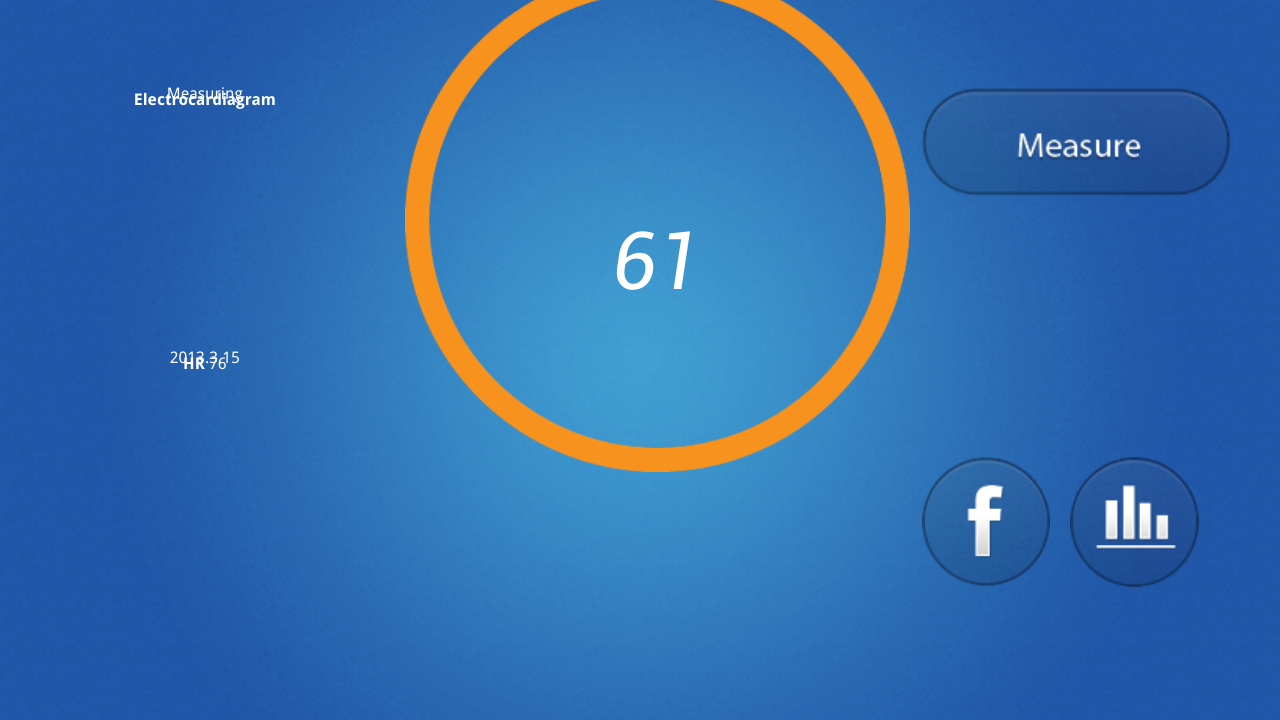
Repository: chouwill79131/IEcontest
Page: BluetoothChat/assets/complete.html
The author's editor kept a copy of each file at every save. The page is drawn from the files as they stood at one save, then again after the next save.
The browser window is 1280 px wide. The pictures show the whole page.

Above is the page before, as saved 2013-03-08 18:28:14.
Console error: TypeError: Cannot set properties of null (setting 'innerHTML')

### BluetoothChat/assets/complete.html
<html>
  <head>
    <meta http-equiv="Content-Type" content="text/html; charset=utf-8"/>
    <link href="complete.css" rel="stylesheet"/>
    <script src="jquery.js"></script>
    <script src="highcharts.js"></script>
    <script src="delay.js"></script>
    <script src="main.js"></script>
  </head>
  <body>
    <div id="main" >
    	<div class="left">
			<div class="text">
				<div class="word">Electrocardiagram</div><br />
				<div class="subword">Measuring</div><br />

				<div class="hr">HR <span id="hr">76</span></div><br />
				<div class="date">2013.3.15</div>
			</div>

		</div>

		<div class="mid">
			<div class="score">61</div>
			<img class="circle" src="button/circle.png" />
		</div>

		<div class="right">
			<button class="measure"><img src="button/Measure.png" /></button><br />
			<button class="share" ><img src="button/Share.png" /></button>
			<button class="record"><img src="button/Record.png" /></button>
		</div>




	</div>
  </body>
</html>

### BluetoothChat/assets/complete.css
@font-face {
    font-family: droidsans;
    src: url(fonts/droidsans.ttf);
}

@font-face {
    font-family: DroidSans-Bold;
    src: url(fonts/DroidSans-Bold.ttf);
}

@font-face {
    font-family: DroidSans-Italic;
    src: url(fonts/DroidSans-Italic.ttf);
}


body { margin:0; padding:0;}
#main { width: auto; height: 100%; background-image: url(button/background.png); background-size: 100% 100%; }
.left, .mid, .right {float: left; height: 100%; }


.left {  width: 28%; padding-left:2%;}
.text, .hr , .date{ text-align: center; color:white;}
.word { margin-top: 25%;  font-family: DroidSans-Bold ; }
.subword, .date { margin-top:-12%; font-family: droidsans ;}
.hr {  margin-top: 65%;  font-family: DroidSans-Bold ;}
.date { font-family: droidsans ;}
#hr { font-family: droidsans ;}

.mid { width: 41%; }
.circle { width: auto; height:70%; margin-left: 4%; }
.score { color:white ; z-index: 1; text-align:center; margin-top:41% ; margin-left:4% ;font-family: DroidSans-Italic ;font-size: 60pt;}
.circle { margin-left:4% ; margin-top: -65%; z-index: 2; }

.right { width: 29%; }
.right button { float: left; border: none; background: transparent; }
.measure img {margin-top: 10%; width: auto;  height:15%; }
.share img, .record img { width: auto;  height:18%; }
.measure { margin-left: 2%; margin-top: 15%; }
.share, .record { background: red;margin-top: 70%; margin-left: 2%; }


<!--
border? font? .record_top
-->

### BluetoothChat/assets/delay.js

$(function(){
setTimeout(function(){
$.getScript("dy_chart.js");
},200)
})

### BluetoothChat/assets/main.js
var chart;
var step = 0.01;	//step0.008每秒125點	//0.005極限
var xstart = step;
var hr = "--";
var score = "--";
var index;
$(document).ready(function ready() {

    var s = "";
    var theDate = new Date();
    s += theDate.getYear()+1900 + ".";                //  年
    s += (theDate.getMonth() + 1) + ".";				// 月
    s += theDate.getDate(); 							// 日
    document.getElementById("date").innerHTML = s;
    index = document.getElementById("main").innerHTML; //保留首頁

    $(".measure").live("click", function() {
      measure();
    }); //click .measure


}); //(document).ready

function shared(){
	view1 = document.getElementById("rhythm").innerHTML;
	document.getElementById("rhythm").innerHTML = view1+'<img class="stop" src="button/complete.png" style="width:100%; margin-top: -50% ;z-index:5;position: relative;" />';
	$("#main").live("click", function() {
      document.getElementById("rhythm").innerHTML = view1;
    });
}

function complete(hr1,score1){
  hr = hr1;
  score = score1;
  view = document.getElementById("dy_chart").innerHTML;
  document.getElementById("dy_chart").innerHTML = view+'<img class="stop" src="button/Completed.png" style="width:50%; margin: -20% 0% 0% 25%; z-index:2;position: relative;" />';
  $(".stop").html('<img src="button/Continue.png" />');
}

function addSomething(a) {
  for (var i in a){
    chart.series[0].addPoint([xstart,a[i]],false,true);
    xstart += step;
  }
  chart.redraw();
}

function history(history){
	view2 = document.getElementById("main").innerHTML;
    $("#main").html(
    '<div class="main1">'+
	'<div class="contain">'+
	'<div id="dy_chart" style="z-index:1;position: relative;"></div>'+
	'</div>'+
	'<div id="foot">'+
	'<button class="stop">'+
	'<img src="button/Back.png" />'+
	'</button>'+
	'</div>'+
    '</div>'
    );

    Highcharts.setOptions({
      global: {
	useUTC: true
      }
    });

    hischart = new Highcharts.Chart({
      chart: {
		renderTo: 'dy_chart',
		backgroundColor: 'transparent',
		type: 'line',
      },
      title: {
		style:{ color: '#FFFFFF'},
		text: 'Measure history',
      },
      credits: {			// highchart.com
		enabled:false
      },
      legend: {  			// 線的標示
        enabled: false
      },
      xAxis: {
      	type: 'datetime',
		dateTimeLabelFormats: { // don't display the dummy year
	  		month: '%e. %b',
	  		year: '%b'
		},
		lineColor: '#FFFFFF',
		labels: {
	  		style: {
				color: '#FFFFFF',
			}
		}
	  },
	  yAxis: {
	    title: {text: 'Feeling',
	    			style: {
						color: '#FFFFFF',
					}
				},
	  	gridLineColor: '#FFFFFF',
	  	labels: {
	  		style: {
				color: '#FFFFFF',
			}
		}
	  },
	  plotOptions: {
                line: {
                    dataLabels: {
                        enabled: true,
                        color: '#FFFFFF',
                    },
                    enableMouseTracking: true,
                }
      },
	series: [{
	  name: 'measure history',
	  color: '#FFFFFF',
	  data: history
	}],
    });

    $(".stop").live("click", function(){
 //     hr = "--";
      $(".main1").html(view2);
 //     document.getElementById("hr").innerHTML = hr;
    });
};// .record click

function measure(){
	xstart = 0.01;
	$("#main").html('<div class="main1">'+
		'<div class="contain">'+
		'<div id="dy_chart" style="z-index:1;position: relative;"></div>'+
		'</div>'+
		'<div id="foot">'+
		'<button class="stop" onclick="window.MyHandler.disconnect()">'+
		'<img src="button/Stop.png" />'+
		'</button>'+
		'</div>'+
      	'</div>');
    Highcharts.setOptions({
      global: {useUTC: true }
    });
    chart = new Highcharts.Chart({
      chart: {
		renderTo: 'dy_chart',
		backgroundColor: 'transparent',
		type: 'spline',
		marginRight: 10,
      },
      credits: {enabled:false},
      title: {
		style:{ color: '#FFFFFF'},
		text: 'Electrondiagram',
      },
      xAxis: {
		type: 'x Axis',
		style:{ color: '#FFFFFF'},
		tickPixelInterval: 100,
		lineColor: '#FFFFFF',
		labels: {style: {color: '#FFFFFF'}},
      },
      yAxis: {
      	title: {
      		text: 'Score',
      		style: {color: '#FFFFFF'}},
	  		gridLineColor: '#FFFFFF',
	  		labels: {style: {color: '#FFFFFF'}},
			//max:1500,
			//min:0,
			title: {
	  			style:{ color: '#FFFFFF'},
	  			text: 'PPG'
	  		},
			plotLines: [{value: 0,width: 1}]
      	},
      	legend: {enabled: false},
      	exporting: {enabled: false},
      	plotOptions: {
			spline: {
	  			lineWidth: 1,
	  			states: {
	    			hover: {
	      				enabled: false,
	      				lineWidth: 2
	    			}
	  			},
	  		marker: {
	    		enabled: false,
	    		states: {
	      			hover: {
						enabled: false,
	      			}
	    		}
	  		},
		}
      }, // yAxis
      series: [{
		name: 'Data',
		color: '#FFFFFF',
		data: (function() {
	  		var data = [];
	  		var step = 0.01;	//step0.008每秒125點	//0.005極限
			var xstart = step;
	  		for (var i = -4; i <= xstart; i+=step){data.push({x: i,y: 0 });}
	  		return data;
		})()
		}]
    }); //Highcharts

    hr = '--';
    score = '--';
    $(".stop").live("click",function() {
      $(".main1").html(index);
      document.getElementById("hr").innerHTML = hr;
      document.getElementById("rhythm").innerHTML = '<div id="score">'+score+'</div><img class="circle" src="button/circle.png" />';
    }); //click .stop
}

### BluetoothChat/assets/dy_chart.js
var chart;
var step = 0.01;	//step0.008每秒125點	//0.005極限
var xstart = step;
//a = Math.random();
var hr = 15;
var score = 80;
function complete(hr1,score1){
	hr = hr1;
	score = score1;
	view = document.getElementById("dy_chart").innerHTML;
	document.getElementById("dy_chart").innerHTML = view+'<img class="stop" src="button/60.png" style="width:50%; margin: -20% 0% 0% 25%; z-index:2;position: relative;" /><br />'+hr+',<br />'+score;
}

function addSomething(a) {
//	setInterval(function() {        			 // for testing feq
	for (var i in a){
		chart.series[0].addPoint([xstart,a[i]],false,true);
		xstart += step;
	}

	/**
	chart.series[0].addPoint([xstart,a],false,true);
	xstart += step;
	**/

	chart.redraw();
//	}, 1000);									// for testing feq
}



$(function () {
	$(".stop").click(function() {
	$(".main1").html('  <div id="main" >'+
    	'<div class="left">'+
			'<div class="text">'+
				'<div class="word">Electrocardiagram</div><br />'+
				'<div class="subword">Measuring</div><br />'+
				'<div class="hr">HR <span id="hr"></span></div>'+
				'<div id="date"></div>'+
			'</div>'+
		'</div>'+
		'<div class="mid" id="mid">'+
			'<div class="score">84</div>'+
			'<img class="circle" src="button/circle.png" />'+
		'</div>'+
		'<div class="right">'+
			'<button class="measure"><img src="button/Measure.png" /></button><br />'+
			'<button class="share" ><img src="button/Share.png" /></button>'+
			'<button class="record"><img src="button/Record.png" /></button>'+
		'</div>'+
	'</div>');
 // 		window.location.href = "complete.html";
	});
    $(document).ready(function() {
        Highcharts.setOptions({
            global: {
                useUTC: false
            }
        });

        chart = new Highcharts.Chart({
            chart: {
                renderTo: 'dy_chart',
                backgroundColor: 'transparent',
                type: 'spline',
                marginRight: 10,
            },
            credits: {
            enabled:false
            }
            ,
            title: {
            	style:{ color: '#FFFFFF'},
                text: 'Electrondiagram',
            },
            xAxis: {
                type: 'x Axis',
                style:{ color: '#FFFFFF'},
                tickPixelInterval: 150
            },
            yAxis: {
            	max:1500,
            	min:0,
                title: {
                	style:{ color: '#FFFFFF'},
                    text: 'Value'
                },
                plotLines: [{
                    value: 0,
                    width: 1,
                }]
            },

            legend: {
                enabled: false
            },
            exporting: {
                enabled: false
            },
	    plotOptions: {
                spline: {
                   lineWidth: 1,
                   states: {
                       hover: {
                       	enabled: false,
                        lineWidth: 2
                       }
                   },
                   marker: {
                      enabled: false,
                      states: {
                          hover: {
                             enabled: false,
                          }
                      }
                  },
               }
            },
            series: [{
                name: 'Data',
                color: '#FFFFFF',
                data: (function() {
                    // generate an array of random data
                    var data = [],
                        time = (new Date()).getTime(),i;

                    for (i = -4; i <= xstart; i+=step) {
                        data.push({
                            x: i,
                            y: 0
                        });
                    }
                    return data;
                })()
            }]
        });
    });
});

Loaded but not shown: BluetoothChat/assets/jquery.js (library); BluetoothChat/assets/highcharts.js (library)

After the next save:
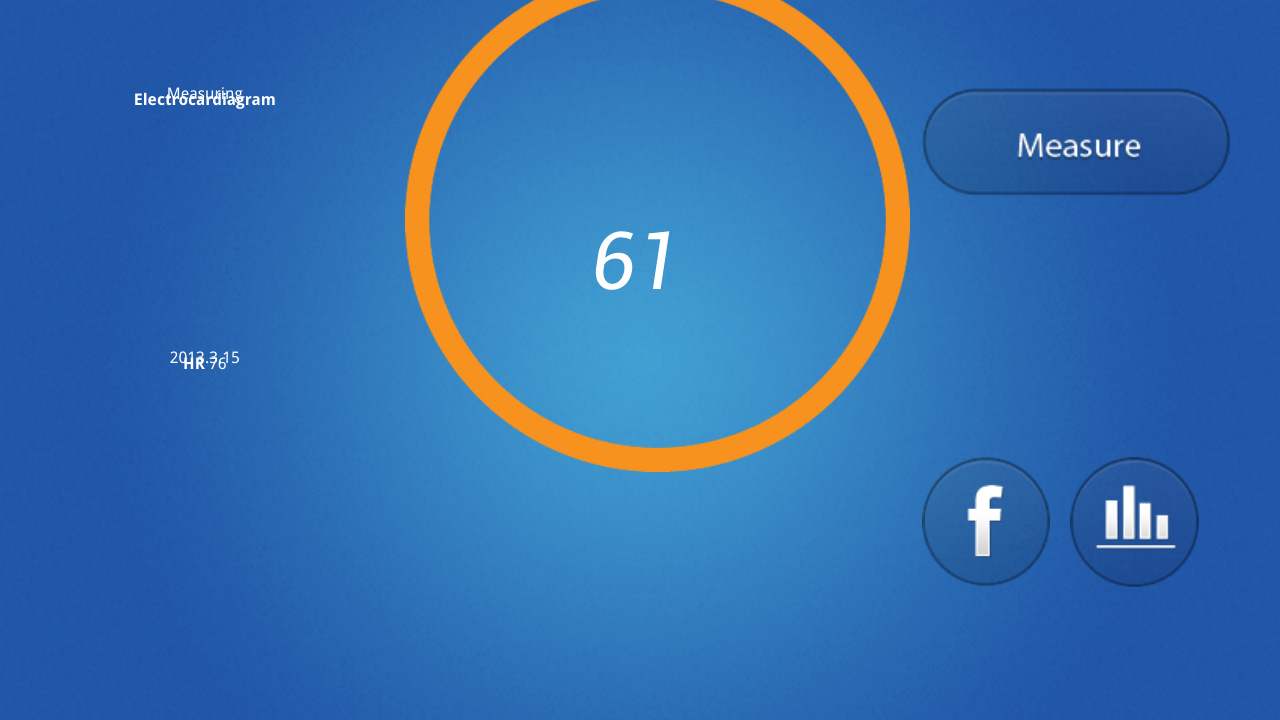
Saved 17 s later.
--- a/BluetoothChat/assets/complete.css
+++ b/BluetoothChat/assets/complete.css
@@ -29,7 +29,7 @@ body { margin:0; padding:0;}
 
 .mid { width: 41%; }
 .circle { width: auto; height:70%; margin-left: 4%; }
-.score { color:white ; z-index: 1; text-align:center; margin-top:41% ; margin-left:4% ;font-family: DroidSans-Italic ;font-size: 60pt;}
+.score { color:white ; z-index: 1; text-align:center; margin-top:41% ; margin-left:-4% ;font-family: DroidSans-Italic ;font-size: 60pt;}
 .circle { margin-left:4% ; margin-top: -65%; z-index: 2; }
 
 .right { width: 29%; }
